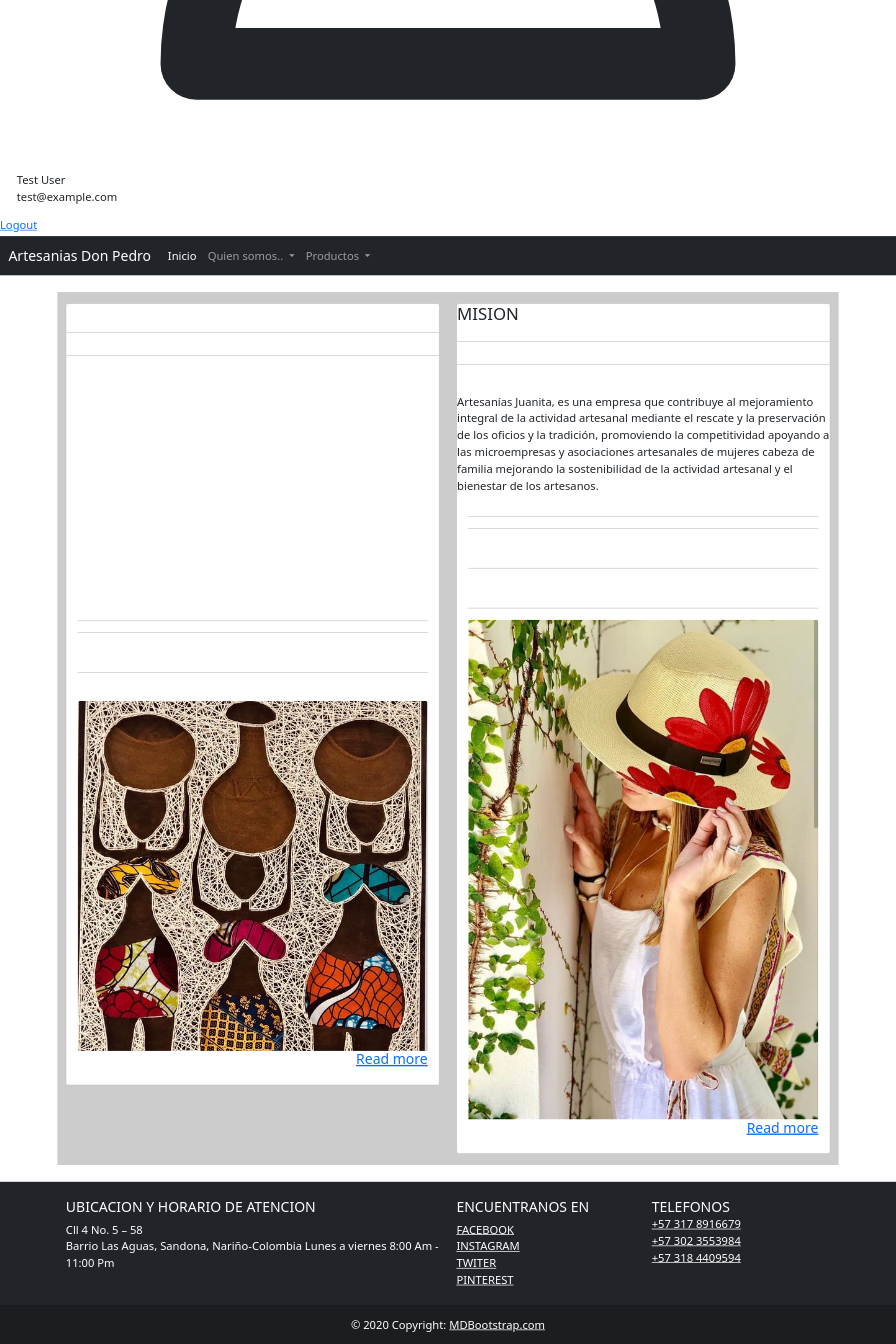
Repository: PG210/taller_artesania
Page: http://localhost/arte/mision
These files come from the project's save history. The page is drawn as it stood at one moment and after the next save; the edit follows.
The browser window is 1280 px wide. The pictures show the part of the page from y = 2506 to 4426 px (the page is 4426 px tall), at 70% of full size.
Pictures or frames that could not be fetched are drawn as grey boxes. The page is served by the project's Laravel application, run on PHP 8.4 with Laravel 8. A made-up administrator, Test User (test@example.com), is signed in. Other server files are loaded and not shown.

Above is the page before, as saved 2021-01-14 16:16:01.

### routes/web.php
<?php

use Illuminate\Support\Facades\Route;
use App\Http\Controllers\Productos;

/*
|--------------------------------------------------------------------------
| Web Routes
|--------------------------------------------------------------------------
|
| Here is where you can register web routes for your application. These
| routes are loaded by the RouteServiceProvider within a group which
| contains the "web" middleware group. Now create something great!
|
*/

Route::get('/', function () {
    return view('welcome');
});
//ruta mision vision
Route::get('arte/vision', function () {
    return view('arte.vision');
});
//histortia
Route::get('arte/historia', function () {
    return view('arte.historia');
});
Route::get('arte/mision', function () {
    return view('arte.mision');
});

//ubicacion
Route::get('arte/ubicacion', function () {
    return view('arte.ubicacion');
});
//productos
Route::get('/productos', [Productos::class, 'index']);

Route::get('/dashboard', function () {
    return view('dashboard');
})->middleware(['auth'])->name('dashboard');

require __DIR__.'/auth.php';

### resources/views/arte/mision.blade.php
 @extends('layouts.app') @section('content')





<div class="container">

    <div class="row">

        <!--tarjeta 1 mision hotel-->
        <div class="col-lg-6" style="background-color:#ccc">

            <p>
                <!-- Card Dark -->
                <div class="card">
                    <br>
                    <!-- Card image -->
                    <hr class="hr-light">
                    <hr class="hr-light">


                    <div class="container">
                        <br>
                        <div class="view overlay ">
                            <video loop="true " muted autoplay width="530 " height="300 ">
                                <source src='{{url("/img/video.mp4")}}' type="video/mp4 " alt="Card image cap ">
                            <a>
                                <div class="mask " style=" background-color: rgba(230, 179, 179, 0.5) "></div>
                            </a>
                        </div>
                        </div>


                    <!-- Card content -->
                    <div class="card-body elegant-color white-text rounded-bottom">

                        <!-- Social shares button -->

                        <!-- Title -->
                        <h4 class="card-title"></h4>
                        <hr class="hr-light">
                        <hr class="hr-light">
                        <br>
                        <hr class="hr-light">
                        <br>

                        <div class="view overlay">
                            <img class="card-img-top" src="../img/4.jpg" alt="Card image cap">
                            <a>
                                <div class="mask rgba-white-slight"></div>
                            </a>
                        </div>



                        <!-- Link -->
                        <a href="#!" class="white-text d-flex justify-content-end">
                            <h5>Read more <i class="fas fa-angle-double-right"></i></h5>
                        </a>

                    </div>

                </div>
                <!-- Card Dark -->
            </p>
        </div>



        <!--tarjeta dos vision-->
        <div class="col-lg-6" style="background-color:#ccc">

            <p>
                <!-- Card Dark -->
                <div class="card">

                    <h4 class="card-title">MISION</h4>
                        <hr class="hr-light">
                        <hr class="hr-light">
                        <br>
                        Artesanías Juanita, es una empresa que contribuye al mejoramiento integral de la actividad artesanal mediante el rescate y la preservación de los oficios y la tradición, promoviendo la competitividad apoyando a las microempresas y asociaciones artesanales de mujeres cabeza de familia mejorando la sostenibilidad de la actividad artesanal y el bienestar de los artesanos.

                    <!-- Card content -->
                    <div class="card-body elegant-color white-text rounded-bottom">

                        <!-- Social shares button -->

                        <!-- Title -->
                        <h4 class="card-title"></h4>
                        <hr class="hr-light">
                        <hr class="hr-light">
                        <br>

                        <hr class="hr-light">
                        <br>
                        <hr class="hr-light">
                        <div class="view overlay">
                            <img class="card-img-top" src="../img/8.jpg" alt="Card image cap">
                            <a>
                                <div class="mask rgba-white-slight"></div>
                            </a>
                        </div>


                        <!-- Link -->
                        <a href="#!" class="white-text d-flex justify-content-end">
                            <h5>Read more <i class="fas fa-angle-double-right"></i></h5>
                        </a>

                    </div>

                </div>
                <!-- Card Dark -->
            </p>
        </div>
    </div>
</div>




</div>
@stop

### resources/views/layouts/app.blade.php
<!DOCTYPE html>
<html lang="{{ str_replace('_', '-', app()->getLocale()) }}">
    <head>
        <meta charset="utf-8">
        <meta name="viewport" content="width=device-width, initial-scale=1">
        <meta name="csrf-token" content="{{ csrf_token() }}">

        <title>{{ config('app.name', 'Laravel') }}</title>

        <!-- Fonts -->
        <link rel="stylesheet" href="https://fonts.googleapis.com/css2?family=Nunito:wght@400;600;700&display=swap">
        <link href="{{ url('/assets/bootstrap/css/bootstrap.min.css') }}" rel="stylesheet">
        <!-- Styles -->
        <link rel="stylesheet" href="{{ asset('css/app.css') }}">

        <!-- Scripts -->
        <script src="{{ asset('js/app.js') }}" defer></script>


    </head>

    <body class="font-sans antialiased">
        <div class="min-h-screen bg-gray-100">
            @include('layouts.navigation')

            <nav class="navbar navbar-expand-lg navbar navbar-dark bg-dark">
  <div class="container-fluid">
    <a class="navbar-brand" href="#">Artesanias Don Pedro</a>
    <button class="navbar-toggler" type="button" data-bs-toggle="collapse" data-bs-target="#navbarNavDropdown" aria-controls="navbarNavDropdown" aria-expanded="false" aria-label="Toggle navigation">
      <span class="navbar-toggler-icon"></span>
    </button>
    <div class="collapse navbar-collapse" id="navbarNavDropdown">
      <ul class="navbar-nav">
        <li class="nav-item">
          <a class="nav-link active" aria-current="page" href="#">Inicio</a>
        </li>


        <li class="nav-item dropdown">
          <a class="nav-link dropdown-toggle" href="#" id="navbarDropdownMenuLink" role="button" data-bs-toggle="dropdown" aria-expanded="false">
            Quien somos..
          </a>
          <ul class="dropdown-menu" aria-labelledby="navbarDropdownMenuLink">
            <li><a class="dropdown-item" href="{{url('/arte/mision')}}">Mision</a></li>
            <li><a class="dropdown-item" href="{{url('/arte/vision')}}">Vision</a></li>
            <li><a class="dropdown-item" href="{{url('/arte/ubicacion')}}">Ubicacion</a></li>
            <li><a class="dropdown-item" href="{{url('/arte/historia')}}">Historia</a></li>
          </ul>
        </li>

        <li class="nav-item dropdown">
          <a class="nav-link dropdown-toggle" href="#" id="navbarDropdownMenuLink" role="button" data-bs-toggle="dropdown" aria-expanded="false">
            Productos
          </a>
          <ul class="dropdown-menu" aria-labelledby="navbarDropdownMenuLink">
            <li><a class="dropdown-item" href="{{url('/productos')}}">Sombreros</a></li>
            <li><a class="dropdown-item" href="#">Mochilas</a></li>
            <li><a class="dropdown-item" href="#">Tejidos</a></li>
            <li><a class="dropdown-item" href="#">Visuterias</a></li>
            <li><a class="dropdown-item" href="#">Ofertas</a></li>
          </ul>
        </li>
      </ul>
    </div>
  </div>
</nav>
<br>
            <!-- Page Heading -->
            <div class="container">
           @yield('content')
           </div>
        </div>
<!--footer-->
<br>
        <footer class="bg-dark text-white text-center text-lg-start">
  <!-- Grid container -->
  <div class="container p-4">
    <!--Grid row-->
    <div class="row">
      <!--Grid column-->
      <div class="col-lg-6 col-md-12 mb-4 mb-md-0">
        <h5 class="text-uppercase">Ubicacion y Horario de Atencion</h5>

        <p>
        <bFooterr>
        Cll 4 No. 5 – 58<br>
        Barrio Las Aguas, Sandona, Nariño-Colombia
        Lunes a viernes 8:00 Am - 11:00 Pm
        </p>
      </div>
      <!--Grid column-->

      <!--Grid column-->
      <div class="col-lg-3 col-md-6 mb-4 mb-md-0">
        <h5 class="text-uppercase">Encuentranos en</h5>

        <ul class="list-unstyled mb-0">
          <li>
            <a href="#!" class="text-white">FACEBOOK</a>
          </li>
          <li>
            <a href="#!" class="text-white">INSTAGRAM</a>
          </li>
          <li>
            <a href="#!" class="text-white">TWITER</a>
          </li>
          <li>
            <a href="#!" class="text-white">PINTEREST</a>
          </li>
        </ul>
      </div>
      <!--Grid column-->

      <!--Grid column-->
      <div class="col-lg-3 col-md-6 mb-4 mb-md-0">
        <h5 class="text-uppercase mb-0">TELEFONOS</h5>

        <ul class="list-unstyled">
          <li>
            <a href="#!" class="text-white">+57 317 8916679</a>
          </li>
          <li>
            <a href="#!" class="text-white">+57 302 3553984</a>
          </li>
          <li>
            <a href="#!" class="text-white">+57 318 4409594</a>
          </li>

        </ul>
      </div>
      <!--Grid column-->
    </div>
    <!--Grid row-->
  </div>
  <!-- Grid container -->

  <!-- Copyright -->
  <div class="text-center p-3" style="background-color: rgba(0, 0, 0, 0.2)">
    © 2020 Copyright:
    <a class="text-white" href="https://mdbootstrap.com/">MDBootstrap.com</a>
  </div>
  <!-- Copyright -->
</footer>
<!--end footer-->



        <script src="https://code.jquery.com/jquery-3.5.1.slim.min.js" integrity="sha384-DfXdz2htPH0lsSSs5nCTpuj/zy4C+OGpamoFVy38MVBnE+IbbVYUew+OrCXaRkfj" crossorigin="anonymous"></script>
        <script src="https://cdn.jsdelivr.net/npm/popper.js@1.16.1/dist/umd/popper.min.js" integrity="sha384-9/reFTGAW83EW2RDu2S0VKaIzap3H66lZH81PoYlFhbGU+6BZp6G7niu735Sk7lN" crossorigin="anonymous"></script>
       <script type="text/javascript" src="{{ url('/assets/bootstrap/js/bootstrap.min.js') }}"></script>
    </body>
</html>

### resources/views/layouts/navigation.blade.php
<nav x-data="{ open: false }" class="bg-white border-b border-gray-100">
    <!-- Primary Navigation Menu -->
    <!--aqui cambiar-->
    <div class=" navbar-dark bg-indigo">
        <div class="flex justify-between h-16">
            <div class="flex">
                <!-- Logo -->
                <div class="flex-shrink-0 flex items-center">
                    <a href="{{ route('dashboard') }}">
                        <x-application-logo class="block h-10 w-auto fill-current text-gray-600" />
                    </a>
                </div>

                <!-- Navigation Links -->
                <div class="hidden space-x-8 sm:-my-px sm:ml-10 sm:flex">
                    <x-nav-link :href="route('dashboard')" :active="request()->routeIs('dashboard')">
                        {{ __('Bienvenidos! Tienda Virtual') }}
                    </x-nav-link>
                </div>
            </div>

            <!-- Settings Dropdown -->
            <div class="hidden sm:flex sm:items-center sm:ml-6">
                <x-dropdown align="right" width="48">
                    <x-slot name="trigger">
                        <button class="flex items-center text-sm font-medium text-gray-500 hover:text-gray-700 hover:border-gray-300 focus:outline-none focus:text-gray-700 focus:border-gray-300 transition duration-150 ease-in-out">
                            <div>{{ Auth::user()->name }}</div>

                            <div class="ml-1">
                                <svg class="fill-current h-4 w-4" xmlns="http://www.w3.org/2000/svg" viewBox="0 0 20 20">
                                    <path fill-rule="evenodd" d="M5.293 7.293a1 1 0 011.414 0L10 10.586l3.293-3.293a1 1 0 111.414 1.414l-4 4a1 1 0 01-1.414 0l-4-4a1 1 0 010-1.414z" clip-rule="evenodd" />
                                </svg>
                            </div>
                        </button>
                    </x-slot>

                    <x-slot name="content">
                        <!-- Authentication -->
                        <form method="POST" action="{{ route('logout') }}">
                            @csrf

                            <x-dropdown-link :href="route('logout')"
                                    onclick="event.preventDefault();
                                                this.closest('form').submit();">
                                {{ __('Logout') }}
                            </x-dropdown-link>
                        </form>
                    </x-slot>
                </x-dropdown>
            </div>

            <!-- Hamburger -->
            <div class="-mr-2 flex items-center sm:hidden">
                <button @click="open = ! open" class="inline-flex items-center justify-center p-2 rounded-md text-gray-400 hover:text-gray-500 hover:bg-gray-100 focus:outline-none focus:bg-gray-100 focus:text-gray-500 transition duration-150 ease-in-out">
                    <svg class="h-6 w-6" stroke="currentColor" fill="none" viewBox="0 0 24 24">
                        <path :class="{'hidden': open, 'inline-flex': ! open }" class="inline-flex" stroke-linecap="round" stroke-linejoin="round" stroke-width="2" d="M4 6h16M4 12h16M4 18h16" />
                        <path :class="{'hidden': ! open, 'inline-flex': open }" class="hidden" stroke-linecap="round" stroke-linejoin="round" stroke-width="2" d="M6 18L18 6M6 6l12 12" />
                    </svg>
                </button>
            </div>
        </div>
    </div>

    <!-- Responsive Navigation Menu -->
    <div :class="{'block': open, 'hidden': ! open}" class="hidden sm:hidden">
        <div class="pt-2 pb-3 space-y-1">
            <x-responsive-nav-link :href="route('dashboard')" :active="request()->routeIs('dashboard')">
                {{ __('Dashboard') }}
            </x-responsive-nav-link>
        </div>

        <!-- Responsive Settings Options -->
        <div class="pt-4 pb-1 border-t border-gray-200">
            <div class="flex items-center px-4">
                <div class="flex-shrink-0">
                    <svg class="h-10 w-10 fill-current text-gray-400" xmlns="http://www.w3.org/2000/svg" fill="none" viewBox="0 0 24 24" stroke="currentColor">
                        <path stroke-linecap="round" stroke-linejoin="round" stroke-width="2" d="M16 7a4 4 0 11-8 0 4 4 0 018 0zM12 14a7 7 0 00-7 7h14a7 7 0 00-7-7z" />
                    </svg>
                </div>

                <div class="ml-3">
                    <div class="font-medium text-base text-gray-800">{{ Auth::user()->name }}</div>
                    <div class="font-medium text-sm text-gray-500">{{ Auth::user()->email }}</div>
                </div>
            </div>

            <div class="mt-3 space-y-1">
                <!-- Authentication -->
                <form method="POST" action="{{ route('logout') }}">
                    @csrf

                    <x-responsive-nav-link :href="route('logout')"
                            onclick="event.preventDefault();
                                        this.closest('form').submit();">
                        {{ __('Logout') }}
                    </x-responsive-nav-link>
                </form>
            </div>
        </div>
    </div>
</nav>

Loaded but not shown: routes/auth.php (common file); app/Models/User.php (common file); resources/views/components/application-logo.blade.php (common file); resources/views/components/nav-link.blade.php (common file); resources/views/components/dropdown-link.blade.php (common file); resources/views/components/dropdown.blade.php (common file); resources/views/components/responsive-nav-link.blade.php (common file); public/assets/bootstrap/css/bootstrap.min.css (library); public/assets/bootstrap/js/bootstrap.min.js (library); public/js/app.js (library)

After the next save:
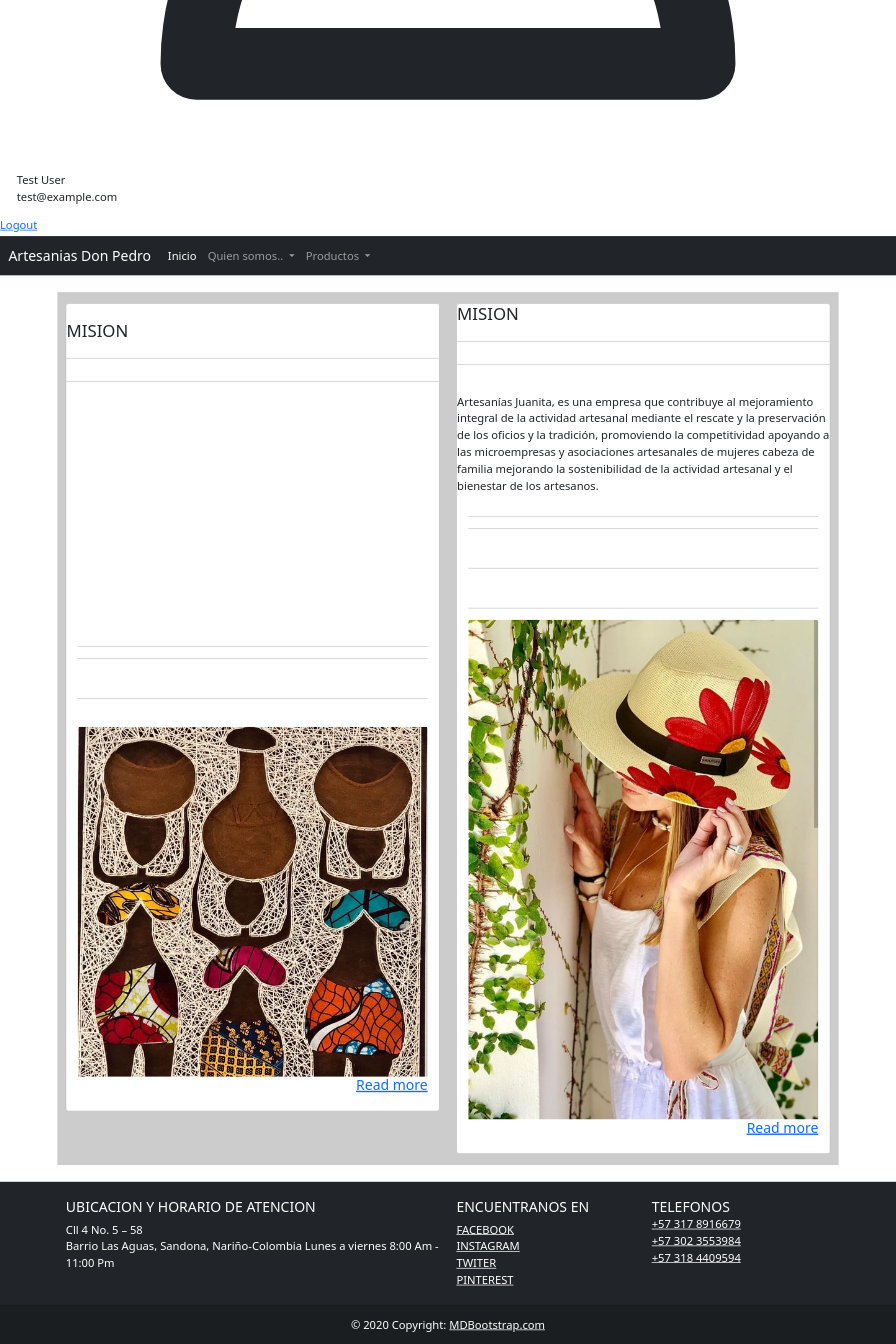
Saved 47 s later.
--- a/resources/views/arte/mision.blade.php
+++ b/resources/views/arte/mision.blade.php
@@ -13,8 +13,10 @@
 
             <p>
                 <!-- Card Dark -->
+
                 <div class="card">
                     <br>
+                    <h4 class="card-title">MISION</h4>
                     <!-- Card image -->
                     <hr class="hr-light">
                     <hr class="hr-light">
